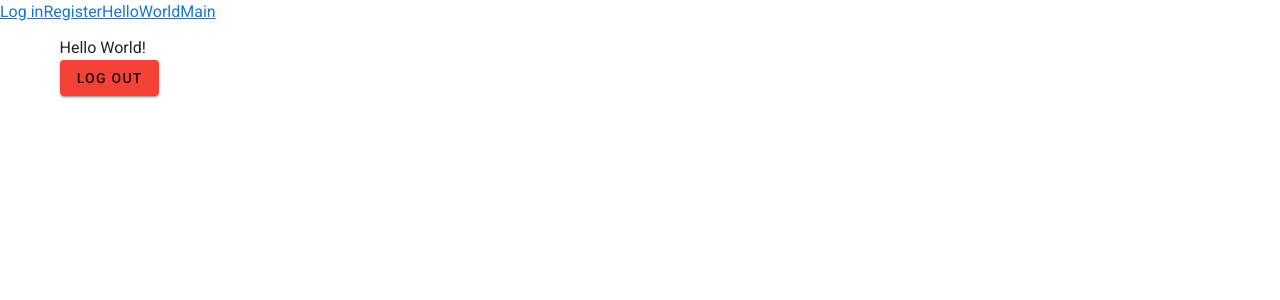
Repository: pao741/vue-todo
Page: /
The author's editor kept a copy of each file at every save. The page is drawn from the files as they stood at one save, then again after the next save.
The browser window is 1280 px wide. The pictures show the whole page.
The page's requests for data from a server got no answer. The project was rebuilt for these pictures with package versions that can differ from the ones it lists, and the page was loaded fresh each time. No one was signed in, and anything a server would have sent is missing. Also part of the build but not shown: vue.config.js, src/components/Login.vue, src/components/Register.vue, src/components/HelloWorld.vue.

Above is the page before, as saved 2021-02-08 17:30:10.

After the next save:
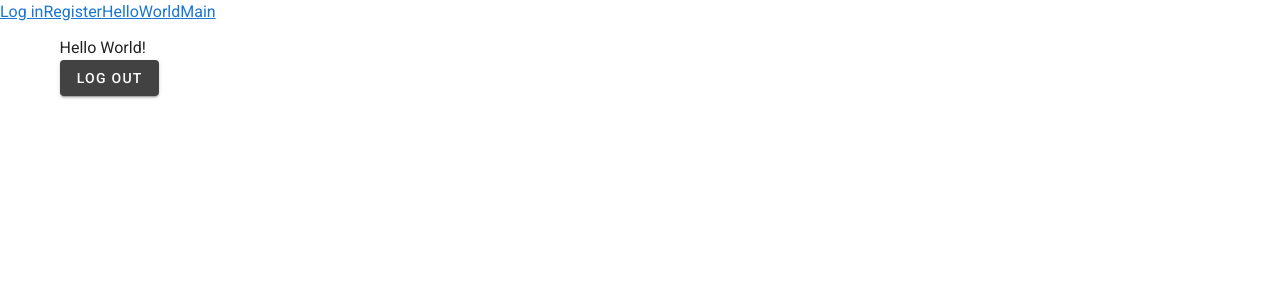
Saved 12 s later.
--- a/src/components/Main.vue
+++ b/src/components/Main.vue
@@ -2,7 +2,7 @@
   <v-content>
     <v-container>
       <div>Hello World!</div>
-      <v-btn color="red" @click="$router.push('login')"> Log out</v-btn>
+      <v-btn color="secondary" @click="$router.push('login')"> Log out</v-btn>
     </v-container>
   </v-content>
 </template>
